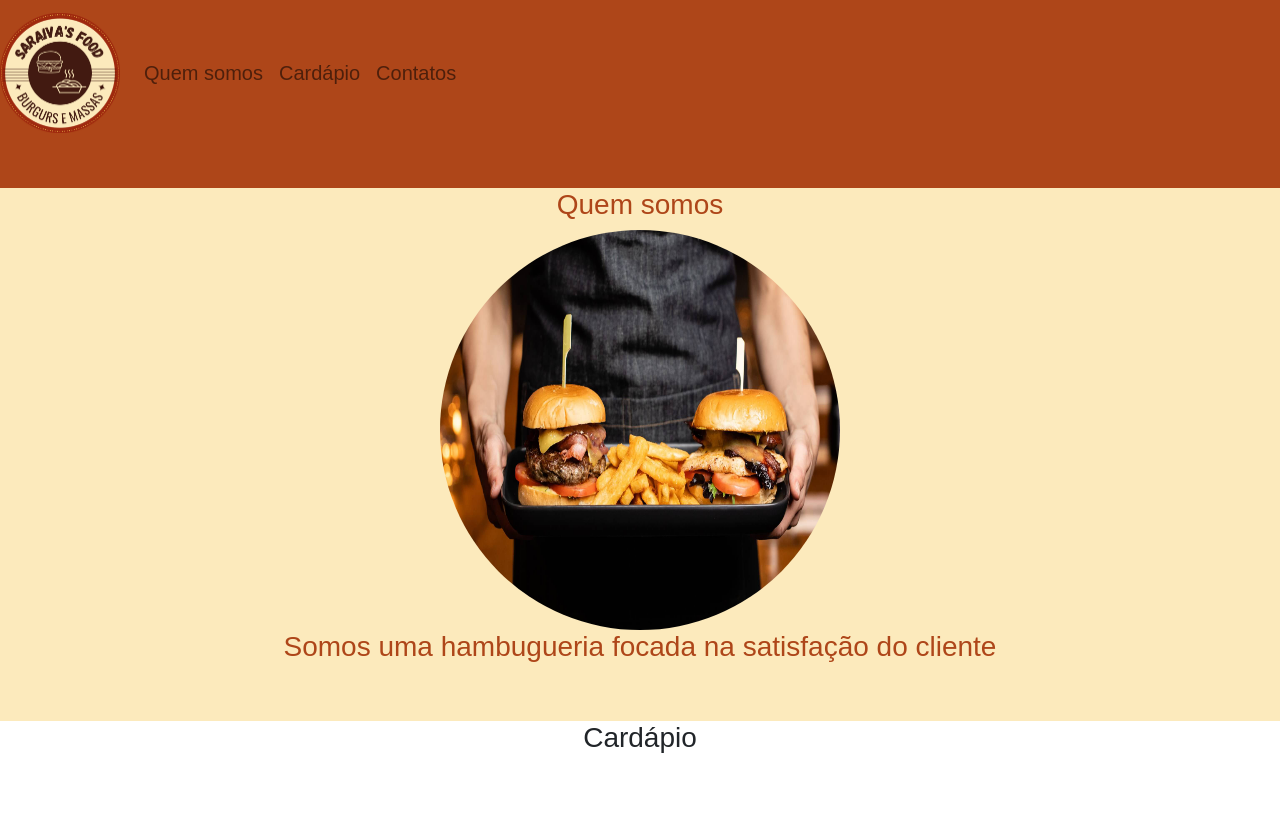
Repository: Tuanemendes/curso_bootstrap
Page: projeto1/index.html
These files come from the project's save history. The page is drawn as it stood at one moment and after the next save; the edit follows.
The browser window is 1280 px wide. The pictures show the whole page.

Above is the page before, as saved 2022-04-04 16:59:07.

After the next save:
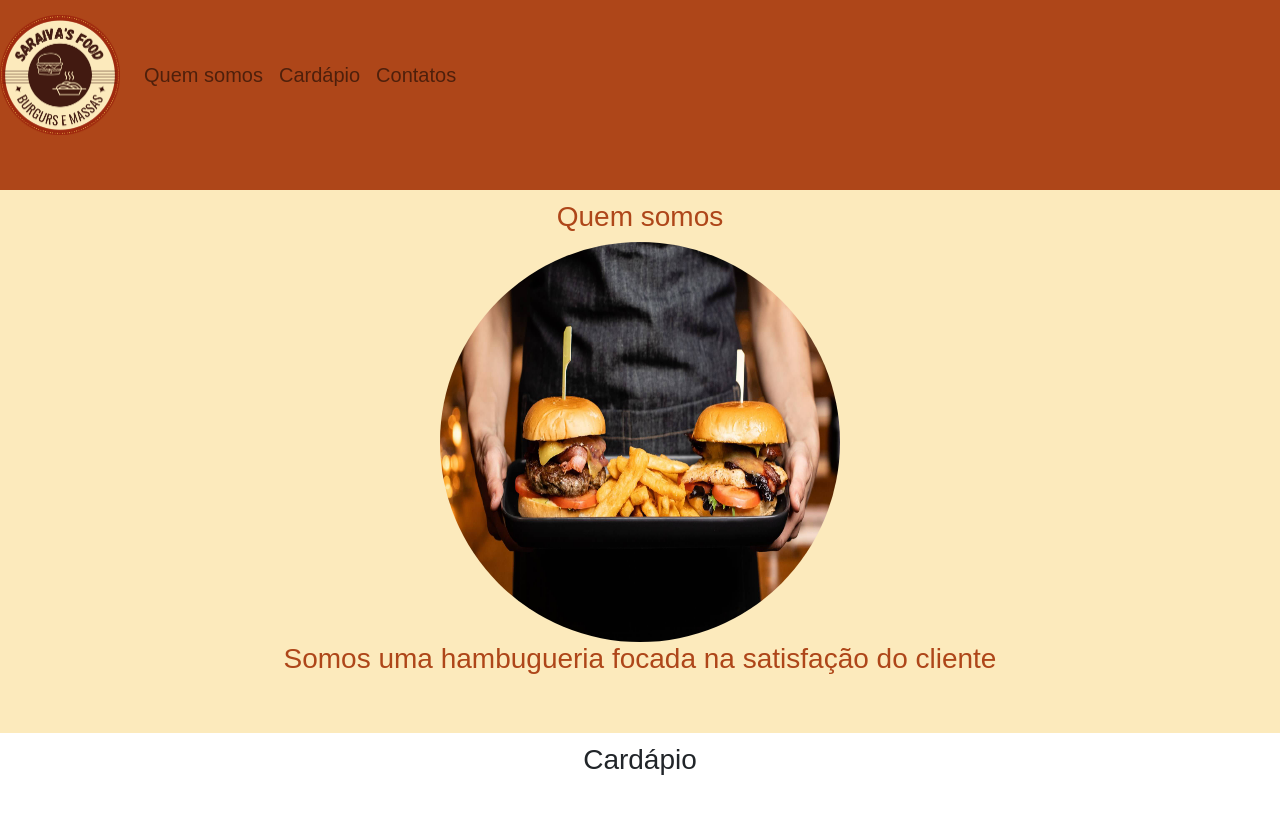
Saved 30 s later.
--- a/css/style.css
+++ b/css/style.css
@@ -13,5 +13,6 @@
 }
 .margin{
     padding-bottom: 50px;
+    padding-top: 10px;
 
 }
